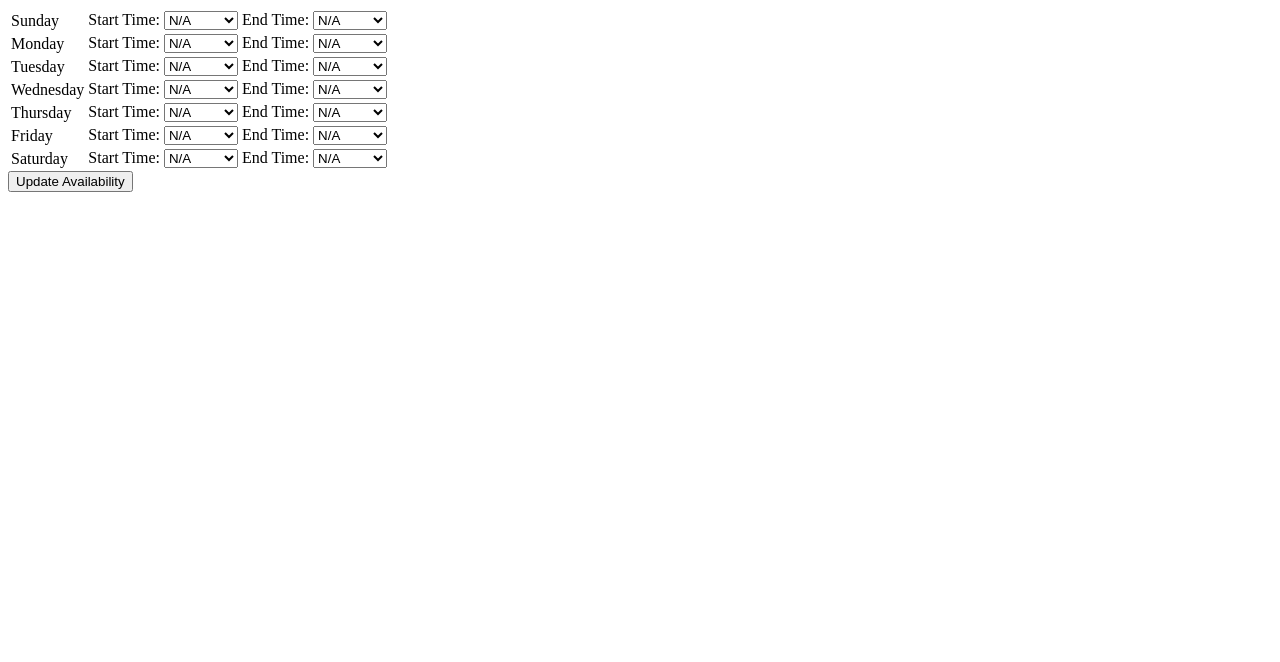
Repository: DBAS6206-Fall2021/your_music_depot
Page: resources/views/availability/edit.blade.php
These files come from the project's save history. The page is drawn as it stood at one moment and after the next save; the edit follows.
The browser window is 1280 px wide. The pictures show the whole page.
The page is served by the project's Laravel application, run on PHP 8.4 with Laravel 8. The template is opened directly, without the code that normally fills it, so the values that code supplies are empty.

Above is the page before, as saved 2021-12-07 14:23:25.

After the next save:
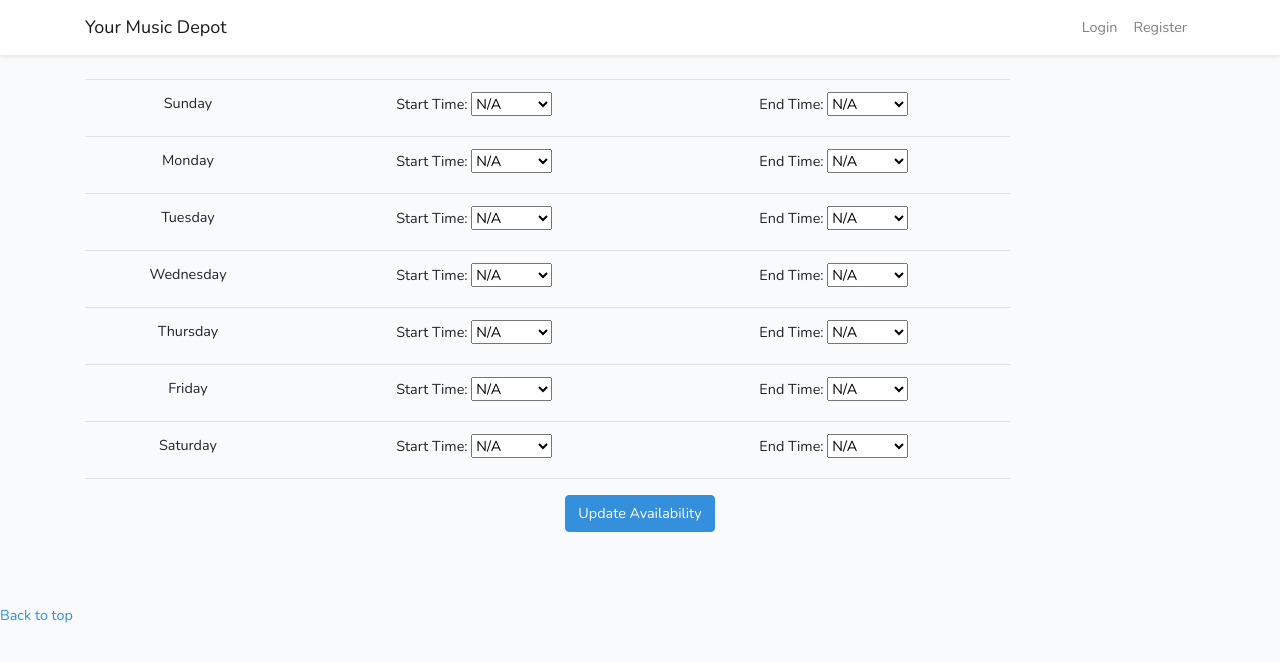
Saved 48 min 50 s later.
--- a/resources/views/availability/edit.blade.php
+++ b/resources/views/availability/edit.blade.php
@@ -1,3 +1,6 @@
+@extends('layouts.app')
+
+@section('content')
 @php
 $days = [
             'Sunday',
@@ -76,3 +79,4 @@
     </div>
     </form>
 </div>
+@endsection

After the save that followed:
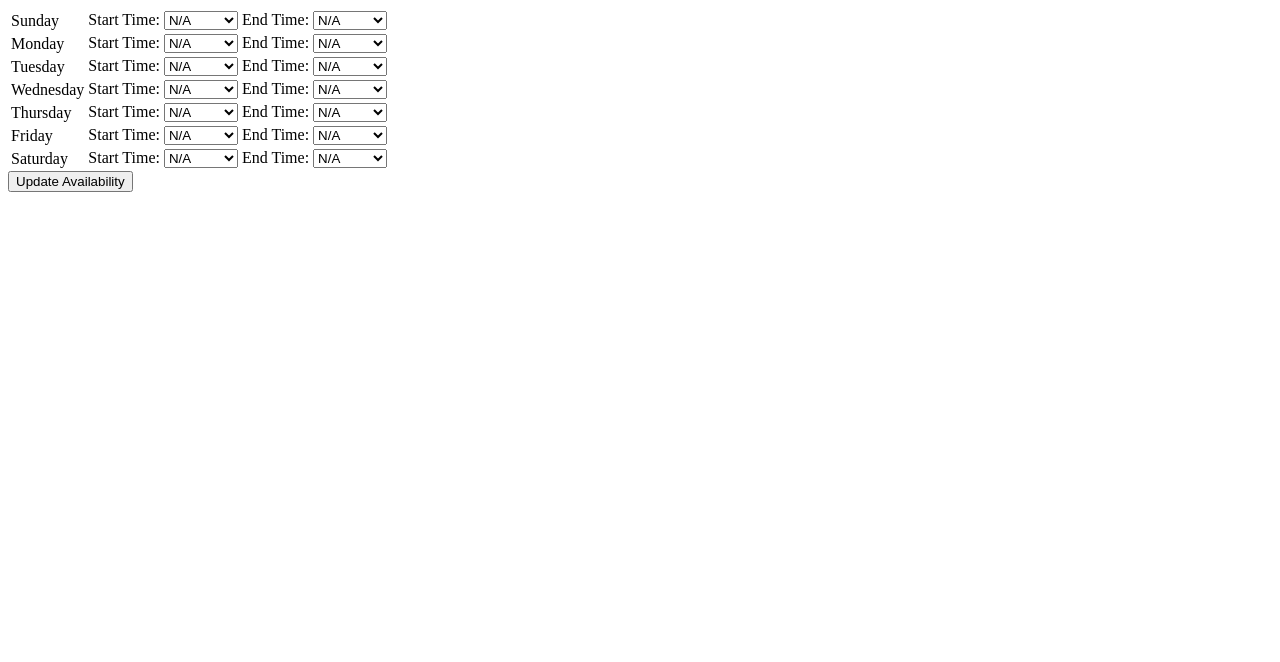
Saved 30 s later.
--- a/resources/views/availability/edit.blade.php
+++ b/resources/views/availability/edit.blade.php
@@ -1,6 +1,3 @@
-@extends('layouts.app')
-
-@section('content')
 @php
 $days = [
             'Sunday',
@@ -79,4 +76,3 @@
     </div>
     </form>
 </div>
-@endsection
